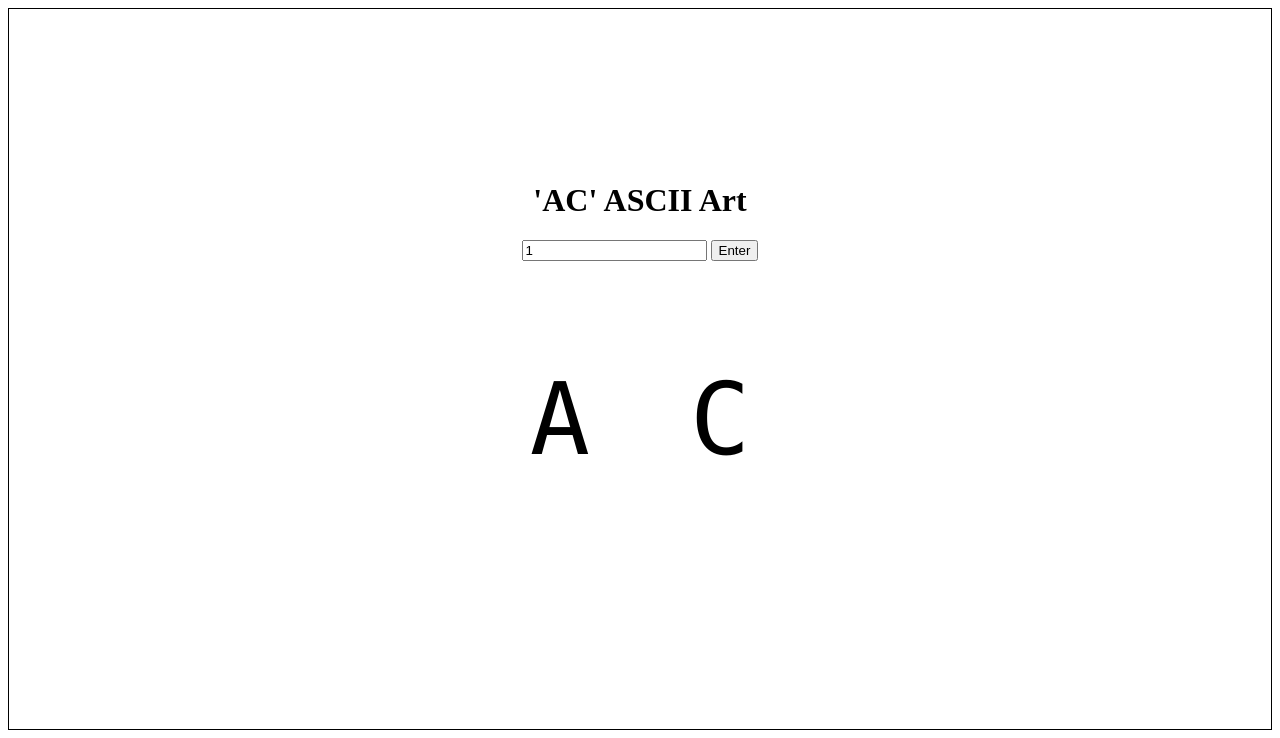
Repository: Achorn/ascii-art
Page: index.html
These files come from the project's save history. The page is drawn as it stood at one moment and after the next save; the edit follows.
The browser window is 1280 px wide. The pictures show the whole page.

Above is the page before, as saved 2021-08-10 16:42:53.

After the next save:
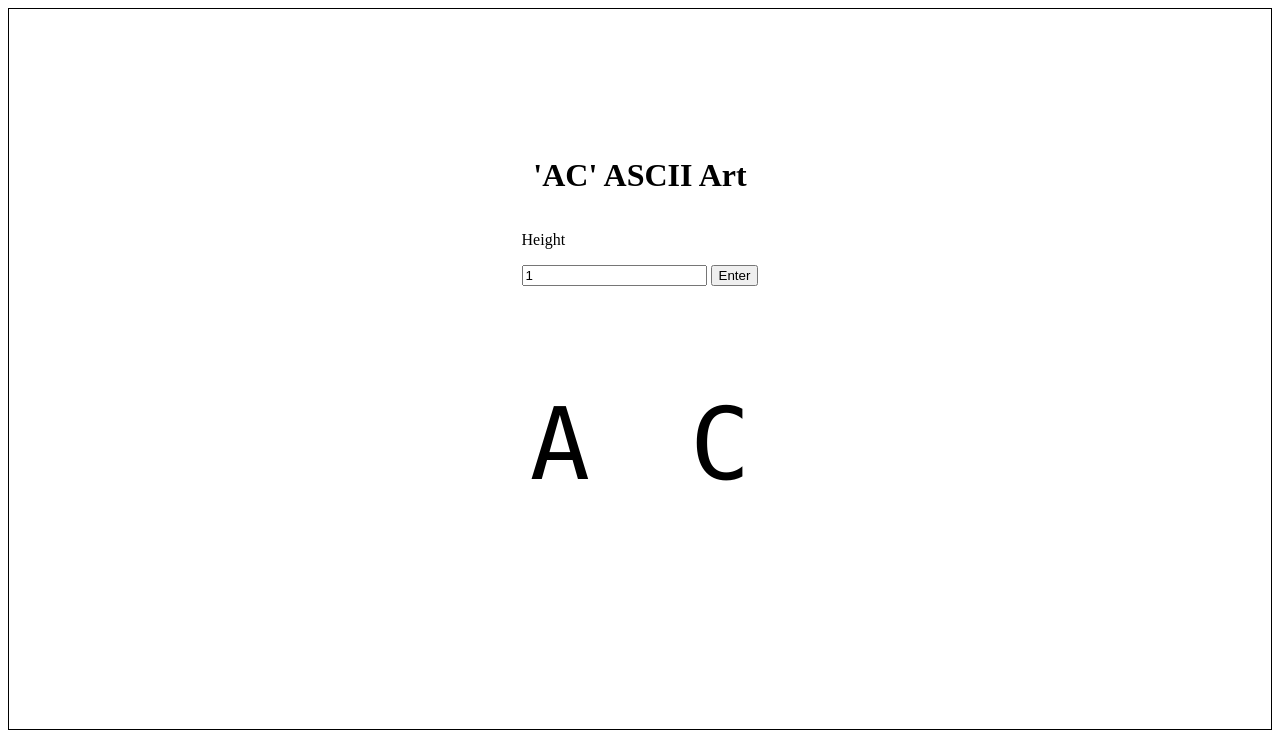
Saved 4 min 23 s later.
--- a/index.html
+++ b/index.html
@@ -10,6 +10,7 @@
   <body>
     <h1>'AC' ASCII Art</h1>
     <div>
+      <p>Height</p>
       <input id="scale-input" type="number" min="1" value="1" />
       <button id="myBtn" onclick="handlePress()">Enter</button>
     </div>

After the save that followed:
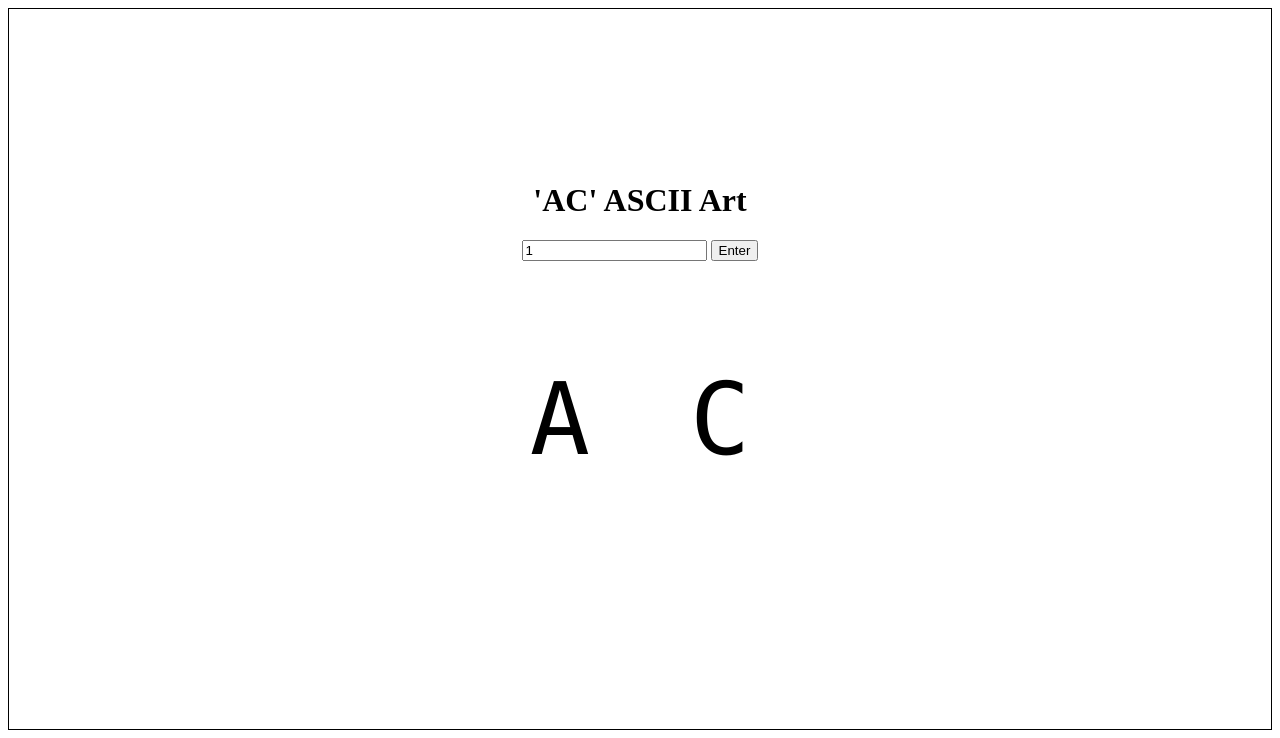
Saved 43 s later.
--- a/index.html
+++ b/index.html
@@ -10,7 +10,6 @@
   <body>
     <h1>'AC' ASCII Art</h1>
     <div>
-      <p>Height</p>
       <input id="scale-input" type="number" min="1" value="1" />
       <button id="myBtn" onclick="handlePress()">Enter</button>
     </div>
